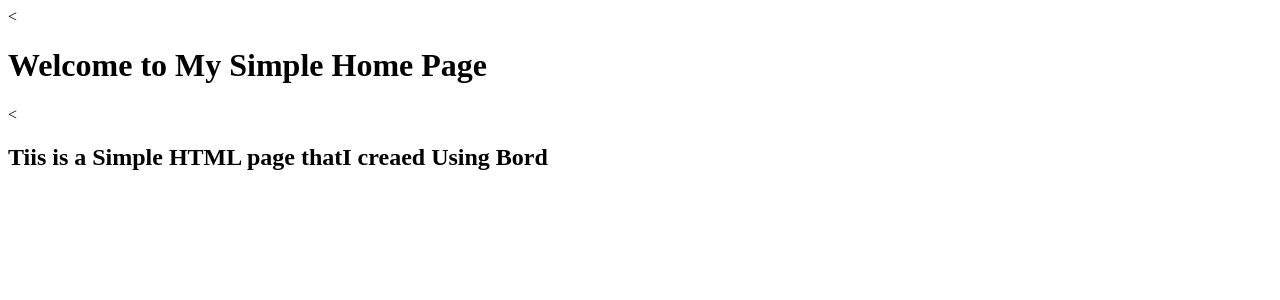
Repository: nirashadhananji/AWSCloud9Test
Page: templates/index.html
The author's editor kept a record of every edit. The page is drawn from the files as they stood at one moment, then again after the next edit.
The browser window is 1280 px wide. The pictures show the whole page.
The page is served by the project's application, run on Flask 3 (test.py). The template is opened directly, without the code that normally fills it, so the values that code supplies are empty.

Above is the page before.

### templates/index.html
<!DOCTYPE html>
<html>
<head>
        <title>My Simple HTML Page</title>
</head>
<body>
    <<h1>Welcome to My Simple Home Page</h1>
    <<h2>Tiis is a Simple HTML page thatI creaed Using Bord </h2>
</body>
</html>

### test.py
from flask import Flask

app = Flask(__name__)

@app.route("/")
def hello_world():
    return "<p>Hello, World!</p>"

#if __name__ --'__main__'
  #  app.run(debug.True, host='', port='')

After the next edit:
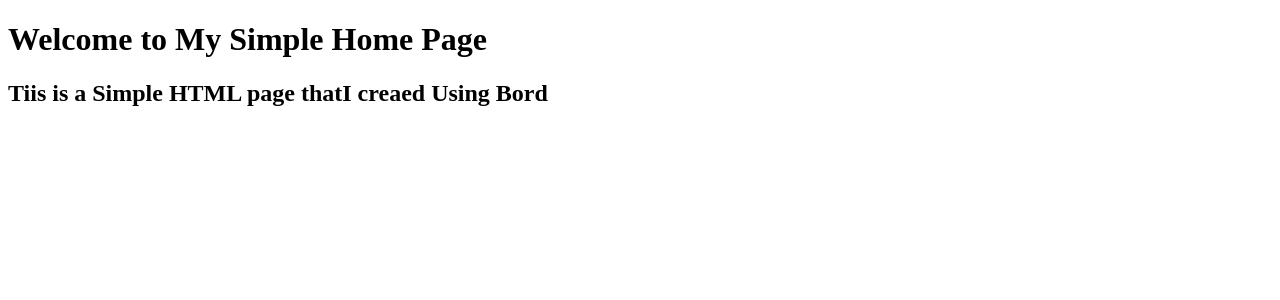
The edit:
--- a/templates/index.html
+++ b/templates/index.html
@@ -4,7 +4,7 @@
         <title>My Simple HTML Page</title>
 </head>
 <body>
-    <<h1>Welcome to My Simple Home Page</h1>
-    <<h2>Tiis is a Simple HTML page thatI creaed Using Bord </h2>
+    <h1>Welcome to My Simple Home Page</h1>
+    <h2>Tiis is a Simple HTML page thatI creaed Using Bord </h2>
 </body>
 </html>
